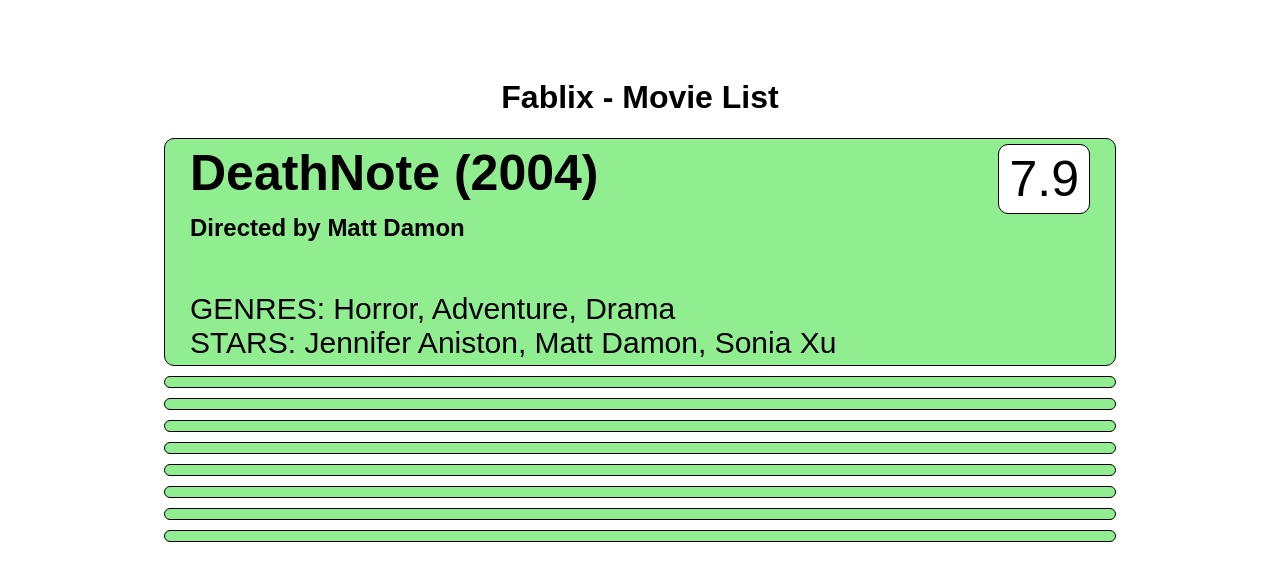
Repository: csumphan/fablix
Page: http://localhost/Project1/
An editor plug-in stored every save of this project. The page is shown before and after the next save, followed by the edit.
The browser window is 1280 px wide. The pictures show the whole page.
Some web fonts or font styles are not loaded; a fallback is used. The page is served by Tomcat 9. Nobody is signed in. The application's start-up code is not run. Other server files are loaded and not shown.

Above is the page before, as saved 2018-01-23 00:18:29.

### Project1/WebContent/index.html
<!DOCTYPE html>
<html>
<head>
<meta charset="UTF-8">
<title>Insert title here</title>
<link href="https://fonts.googleapis.com/css?family=Libre+Franklin|Play" rel="stylesheet">
<link type="text/css" href="styles.css" rel="stylesheet"/>
</head>
<body>
	<h1>Fablix - Movie List</h1>
	<div id="movie-list-container">
		<div class="movie-item">
			<div class="header-container">
				<h1>DeathNote <span>(2004)</span></h1>
				<div class="rating">7.9</div>
			</div>
			<div class="sub-header-container">
				<h2>Directed by Matt Damon</h2>
			</div>
			<div class="info-container">
				<div class="genres-container">
					GENRES: Horror, Adventure, Drama
				</div>
				<div class="stars-container">
					STARS: Jennifer Aniston, Matt Damon, Sonia Xu
				</div>
			</div>
		</div>
		<div class="movie-item"></div>
		<div class="movie-item"></div>
		<div class="movie-item"></div>
		<div class="movie-item"></div>
		<div class="movie-item"></div>
		<div class="movie-item"></div>
		<div class="movie-item"></div>
		<div class="movie-item"></div>
	</div>
</body>
</html>

### Project1/WebContent/styles.css
body {
	font-family: 'Play', sans-serif;
	padding: 50px;
	display: flex;
	justify-content: center;
	align-items: center;
	flex-direction: column;
	background-color: white;
}
#movie-list-container {
	width: 1000px;
	display: flex;
	justify-content: center;
	align-items: center;
	flex-direction: column;
}

.movie-item {
	width: 900px;
	border-radius: 10px;
	border: 1px solid black;
	background-color: lightgreen;
	margin-bottom: 10px;
	padding: 5px 25px;
}

.header-container {
	display: flex;
	justify-content: space-between;
}

.header-container > h1 {
	margin: 0px;
	font-size: 50px;
}

.sub-header-container > h2 {
	margin: 0px;
}

.info-container {
	font-size: 30px;
	margin-top: 50px;
	display: flex;
	flex-direction: column;
}

.rating {
	font-size: 50px;
	border: 1px solid black;
	padding: 5px 10px;
	border-radius: 10px;
	background-color: white;
}

.genres-container {
	width: 100%;
}

.stars-container {
	width: 100%;
}

After the next save:
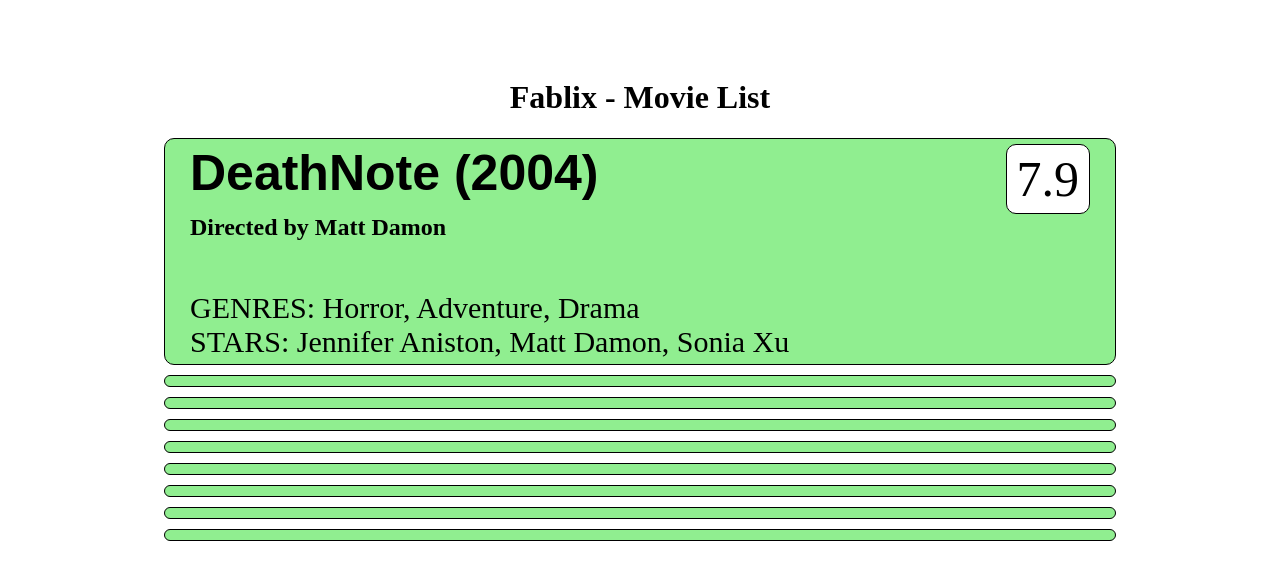
Saved 22 s later.
--- a/Project1/WebContent/styles.css
+++ b/Project1/WebContent/styles.css
@@ -1,5 +1,4 @@
 body {
-	font-family: 'Play', sans-serif;
 	padding: 50px;
 	display: flex;
 	justify-content: center;
@@ -30,6 +29,7 @@
 }
 
 .header-container > h1 {
+	font-family: 'Play', sans-serif;
 	margin: 0px;
 	font-size: 50px;
 }
